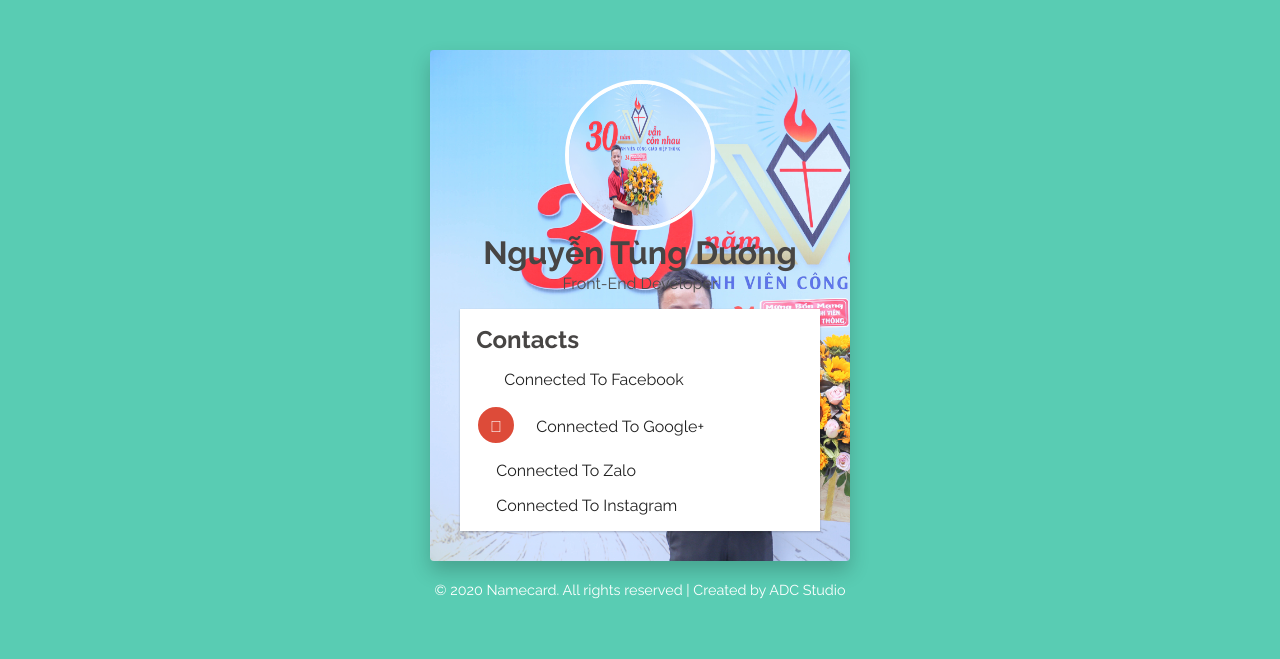
Repository: DuongTungNguyen0899/Card_Duong.github.io
Page: index.html
An editor plug-in stored every save of this project. The page is shown before and after the next save, followed by the edit.
The browser window is 1280 px wide. The pictures show the whole page.

Above is the page before, as saved 2021-06-27 17:13:53.

### index.html
<!DOCTYPE HTML>
<html>
<head>
<title>Shaded Profile Widget Flat Responsive Widget Template :: w3layouts</title>
<!-- Custom Theme files -->
<link href="css/style.css" rel="stylesheet" type="text/css" media="all"/>
<!-- for-mobile-apps -->
<meta http-equiv="Content-Type" content="text/html; charset=utf-8" />
<meta name="viewport" content="width=device-width, initial-scale=1, maximum-scale=1">
<meta http-equiv="Content-Type" content="text/html; charset=utf-8" />
<!-- //for-mobile-apps -->
<!-- font-awesome icons -->
<link href="css/fontawesome-free-5.15.3-web/css/fontawesome.css" rel="stylesheet">
<!-- //font-awesome icons -->
<!--Google Fonts-->
<link href="https://fonts.googleapis.com/css2?family=Raleway:wght@400;500;600;700&display=swap" rel="stylesheet">
</head>
<body>
<!--profile start here-->

<div class="profile">
	<div class="wrap">
		<div class="profile-main">
			<div class="profile-pic wthree">
				<img src="img/IMG_7157.JPG" alt="">
				<h2>Nguyễn Tùng Dương</h2>
				<p>Front-End Developer</p>
			</div>
			<!-- <div class="w3-message">
				<h5>About Me</h5>
				<p>Chào bạn ! Chúng mình là ADC Studio.Liên hệ cho chúng mình nhé ^_^</p>
			</div> -->
			<div class="w3ls-touch">
				<h5>Contacts</h5>
				<div class="social">
					<ul>
						<li><a href="https://www.facebook.com/DuongTung.td/"> <i class=" fa-facebook" aria-hidden="true"></i><p>Connected To Facebook</p></a></li>
						<!-- <li><a href="#"><i class="fa fa-twitter" aria-hidden="true"></i> <p>Connected To Twitter</p></a></li> -->
						<!-- <li><a href="#"><i class="fa fa-linkedin" aria-hidden="true"></i> <p>Connected To Linkedin</p></a></li> -->
                        <li><a href="#"><i class="fa fa-google-plus" aria-hidden="true"></i> <p>Connected To Google+</p></a></li>
                        <li><a href="#"><i class="fa fa-zalo" aria-hidden="true"></i> <p>Connected To Zalo</p></a></li>
                        <li><a href="https://www.instagram.com/aaachuuchaa/"><i class="fa fa-insta" aria-hidden="true"></i> <p>Connected To Instagram</p></a></li>
					</ul>
				</div>
			</div>
		</div>
		<div class="wthree_footer_copy">
			<p>© 2020 Namecard. All rights reserved | Created by <a href="https://adcstudio.info">ADC Studio</a></p>
		</div>
	</div>
</div>
<!--profile end here-->

</body>
</html>

### css/style.css
*,
*::before,
*::after {
	margin: 0;
	padding: 0;
	box-sizing: border-box;
}

html {

}


ul{list-style:none;}
a {text-decoration: none;}
img {
	width:150px;
	height:150px;
}
/*end reset*/
body{
	padding: 30px;
    background: #59CCB3;
    background-size: cover;
   font-family: 'Raleway', sans-serif;
}
.wrap {
    width: 80%;
    margin: 0 auto;
}
/*--profile start here--*/
.heading-1 {
	font-size: 35px;
	font-weight: 400;
	letter-spacing: 1.2;
}
h1 {
    font-size: 3em;
    color: #fff;
    text-align: center;
}
.profile-main {
    background: url(./img/IMG_7157.JPG) no-repeat 0px 0px;
	background-size:cover;
    width: 45%;
    margin: 20px auto;
    padding: 30px;
    border-radius: 4px;
    box-shadow: 0 10px 20px rgba(0,0,0,.2);
}
.profile-pic {
    margin: 0 0 1em 0;
    text-align: center;
}
.profile-pic img {
    border:4px solid #fff;
    border-radius: 82px;
	    transition: 0.5s all;
    -webkit-transition: 0.5s all;
    -moz-transition: 0.5s all;
    -o-transition: 0.5s all;
}
.profile-pic h2 {
    font-size: 2em;
    color: #474544;
    margin-bottom: 0.1em;
}
.profile-pic p {
    font-size: 1em;
    color:#4E4E4E;
}
.wthree_tab_grid_sub {
    margin: 1em 0 0 0;
}
.wthree_tab_grid_sub_left {
	float: left;
    width: 26.2%;
    padding: .5em;
    text-align: center;
    background: #d3aefe;
}
.wthree_tab_grid_sub_left h5 {
    font-size: 1.5em !important;
    color: #fff !important;
    font-weight: 700;
}
.wthree_tab_grid_sub_left p {
	color: #fff !important;
    font-size: .9em !important;
    margin: 0 !important;
}
.wthree_tab_grid_sub_left:nth-child(2) {
    margin: 0 1em;
}
.w3-message,.w3ls-touch{
    padding: 1em;
    box-shadow: 0 0px 1px rgba(197, 197, 197, 0.19),0 1px 2px rgba(0, 0, 0, 0.24);
    background: #fff;
}
.w3-message h5,.w3ls-touch h5{
	color:#474544;
	font-size:1.5em;
	margin:0;
}
.w3-message p{
	color:#c5b7b7;
	font-size:16px;
	margin:1em 0 0 0;
	line-height:1.8em;
}
.w3ls-touch{
	margin:1em 0 0 0;
}
.social {
	margin: 1em 0 0 0;
}
.social ul{
	padding:0;
	margin:0;
}
.social ul li{
    display: block;
	margin:1em 0 0 0;
}
.social ul li:nth-child(1){
	margin:0;
}
.social ul li a {
	color: #333;
    text-align: center;
}
.social ul li a i.fa.fa-facebook,.social ul li a i.fa.fa-twitter,.social ul li a i.fa.fa-linkedin,.social ul li a i.fa.fa-google-plus{
    height: 40px;
    width: 40px;
    background: none;
    line-height: 40px;
    border: solid 2px #FFF;
    color: #FFF;
    border-radius: 50%;
    -webkit-border-radius: 50%;
    -moz-border-radius: 50%;
    -o-border-radius: 50%;
    -ms-border-radius: 50%;
    transition: 0.5s all;
    -webkit-transition: 0.5s all;
    -moz-transition: 0.5s all;
    -o-transition: 0.5s all;
    -ms-transition: 0.5s all;
}
.social ul li a i.fa.fa-facebook {
	background: #3b5998;
}
.social ul li a i.fa.fa-twitter{
	background: #1da1f2;
}
.social ul li a i.fa.fa-linkedin{
	background: #0077b5;
}
.social ul li a i.fa.fa-google-plus{
	background: #dd4b39;
}
.social ul li a i.fa.fa-facebook:hover {
	border: solid 2px #3b5998;
    color: #3b5998;
	background:none;
}
.social ul li a i.fa.fa-twitter:hover{
	border: solid 2px #1da1f2;
    color: #1da1f2;
	background:none;
}
.social ul li a i.fa.fa-linkedin:hover{
	border: solid 2px #0077b5;
    color: #0077b5;
	background:none;
}
.social ul li a i.fa.fa-google-plus:hover{
	border: solid 2px #dd4b39;
    color: #dd4b39;
	background:none;
}
.social ul li a p{
    color: #212121;
    font-size: 16px;
    margin: 0 0 0 1em;
    font-weight: 400;
    display: inline-block;
}
.wthree_footer_copy{
	text-align:center;
}
.wthree_footer_copy p{
	color:#FFFFFF;
	font-size:.9em;
	margin:0;
}
.wthree_footer_copy p a{
	color:#FFFFFF;
	text-decoration:none;
}
.wthree_footer_copy p a:hover{
	color:#212121;
}
/*-- responsive --*/
@media(max-width:1440px){
	.wthree_tab_grid_sub_left {
		width: 25.2%;
	}
}
@media(max-width:1280px){
	.profile-main {
		width: 43%;
	}
}
@media(max-width:1080px){
	body {
		padding: 10px;
	}
	.wrap {
		width: 100%;
	}
	.profile-main {
		width: 100%;
	}
}

@media(max-width:600px){
	.profile-main {
		background: url(./img/IMG_7157.JPG) no-repeat -100px 0px;
		background-size: cover;
	}
	.social ul li a p {
		font-size: 13px;
	}
}


@media(max-width:320px){
	h1 {
		font-size: 1.5em;
	}
	.wthree_tab_grid_sub_left {
		width: 21.5%;
	}
	.wthree_tab_grid_sub_left p {
		font-size: .8em !important;
	}
	.profile-main {
		background: url(./img/IMG_7157.JPG) no-repeat -173px 0px;
		background-size: cover;
	}
}
/*-- //responsive --*/

Loaded but not shown: css/fontawesome-free-5.15.3-web/css/fontawesome.css (library)

After the next save:
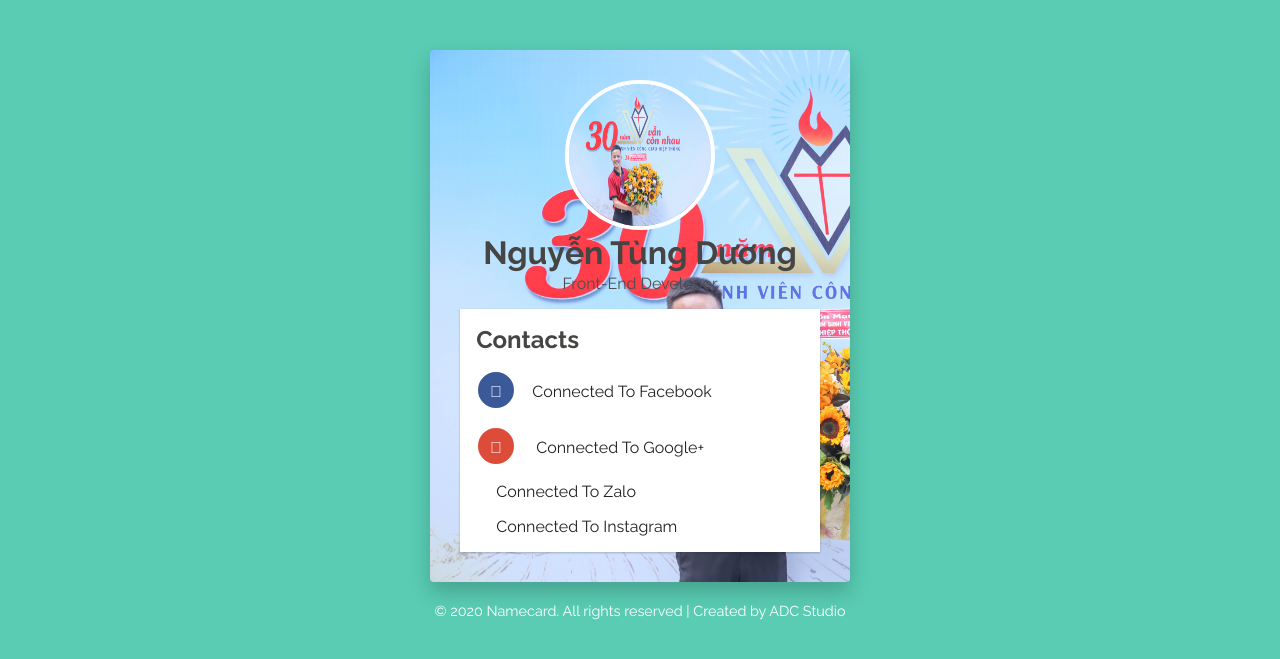
Saved 4 s later.
--- a/index.html
+++ b/index.html
@@ -34,7 +34,7 @@
 				<h5>Contacts</h5>
 				<div class="social">
 					<ul>
-						<li><a href="https://www.facebook.com/DuongTung.td/"> <i class=" fa-facebook" aria-hidden="true"></i><p>Connected To Facebook</p></a></li>
+						<li><a href="https://www.facebook.com/DuongTung.td/"> <i class="fa fa-facebook" aria-hidden="true"></i><p>Connected To Facebook</p></a></li>
 						<!-- <li><a href="#"><i class="fa fa-twitter" aria-hidden="true"></i> <p>Connected To Twitter</p></a></li> -->
 						<!-- <li><a href="#"><i class="fa fa-linkedin" aria-hidden="true"></i> <p>Connected To Linkedin</p></a></li> -->
                         <li><a href="#"><i class="fa fa-google-plus" aria-hidden="true"></i> <p>Connected To Google+</p></a></li>
